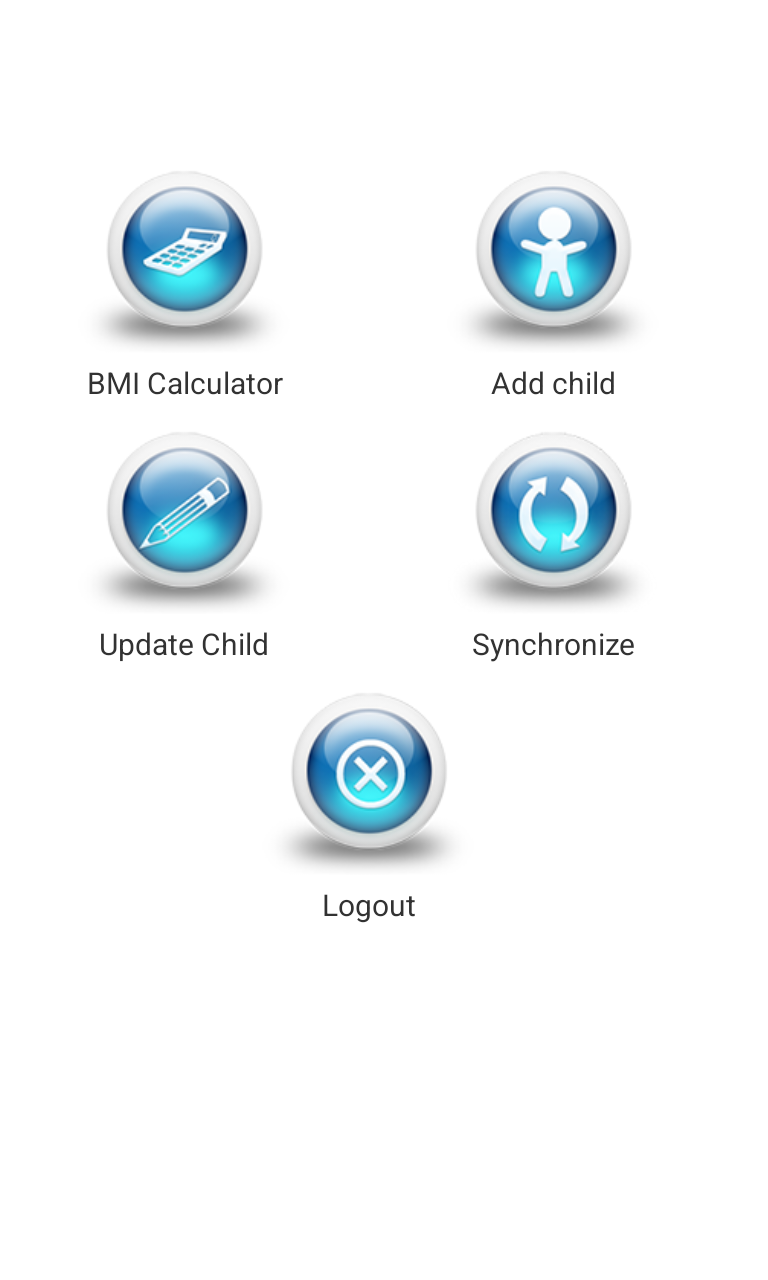
Repository: Team-7/prototype.6
Layout: workspace/Hope World Wide/res/layout/menu.xml
The author's editor kept a copy of each file at every save. The layout is drawn from the files as they stood at one save, then again after the next save.
It is drawn on a 768 x 1280 px phone screen (xhdpi) without system bars, with theme CustomActionBarTheme; the app's code is not run.

Above is the layout before, as saved 2014-05-29 11:05:42.

### workspace/Hope World Wide/res/layout/menu.xml
<?xml version="1.0" encoding="utf-8"?>
<RelativeLayout xmlns:android="http://schemas.android.com/apk/res/android"
    android:layout_width="match_parent"
    android:layout_height="match_parent"
    android:background="#ffffff" >

 <TableLayout
     		 android:layout_width="match_parent"
             android:layout_height="wrap_content"
             android:id="@+id/tableLayout" android:background="#FFFFFF"
             android:stretchColumns="*" >

    <TableRow

    android:id="@+id/MyRow"
    android:layout_width="match_parent"
    android:layout_height="wrap_content"
    android:background="@android:color/transparent">

     <TextView
         android:id="@+id/textView1"
         android:layout_width="wrap_content"
         android:layout_height="wrap_content"
         android:layout_weight="0"
         android:textColor="#000000"
         android:textSize="15sp" />

</TableRow>

    <TableRow

    android:id="@+id/MyRow1"
    android:layout_width="match_parent"
    android:layout_height="wrap_content"
    android:background="@android:color/transparent">


     <TextView
        android:id="@+id/textView2"
        android:layout_width="wrap_content"
        android:layout_height="wrap_content"
        android:layout_weight="0"
        android:textColor="#000000"
        android:textSize="15sp" />

</TableRow>

    <TableRow

    android:id="@+id/My"
    android:layout_width="match_parent"
    android:layout_height="wrap_content"
    android:background="@android:color/transparent">


     <View
        android:id="@+id/View1"
        android:layout_width="match_parent"
        android:layout_height="30dp"
        android:layout_weight="0"
        android:textColor="#000000"
        android:textSize="15sp" />

</TableRow>

    <TableRow

    android:id="@+id/Row"
    android:layout_width="match_parent"
    android:layout_height="wrap_content"
    android:layout_weight="1"
    android:background="@android:color/transparent">

    <TableLayout
        android:id="@+id/table"
        android:layout_width="match_parent"
        android:layout_height="wrap_content"
        android:paddingRight="15dp"
        android:stretchColumns="*" >

    <TableRow

    android:id="@+id/newTagTableRow"
    android:layout_width="match_parent"
    android:layout_height="wrap_content"
    android:background="@android:color/transparent">

    <ImageButton
        android:id="@+id/calculatelogo"
        android:layout_width="wrap_content"
        android:layout_height="wrap_content"
        android:layout_weight="1"
        android:background="#FFFFFF"
        android:contentDescription="@string/calclogo"
        android:minHeight="110dp"
        android:minWidth="110dp"
        android:scaleType="fitCenter"
        android:src="@drawable/calculator"
        android:textColor="@android:color/black"/>

    <ImageButton
        android:id="@+id/childLogo"
        android:layout_width="wrap_content"
        android:layout_height="wrap_content"
        android:layout_weight="1"
        android:background="#FFFFFF"
        android:contentDescription="@string/clogo"
        android:minHeight="110dp"
        android:minWidth="110dp"
        android:scaleType="fitCenter"
        android:src="@drawable/child"
        android:textColor="@android:color/black"/>

</TableRow>

    <TableRow

    android:id="@+id/thisRow"
    android:layout_width="match_parent"
    android:layout_height="wrap_content"
    android:background="@android:color/transparent">

     <TextView
         android:id="@+id/calculatetext"
         android:layout_width="100dp"
         android:layout_height="wrap_content"
         android:layout_weight="1"
         android:gravity="center"
         android:text="@string/calc"
         style="@style/Text.Strong.Blurry"
         android:textSize="15sp" />

     <TextView
         android:id="@+id/addtext"
         android:layout_width="100dp"
         android:layout_height="wrap_content"
         android:layout_weight="1"
         android:gravity="center"
         android:text="@string/addC"
         style="@style/Text.Strong.Blurry"
         android:textSize="15sp" />

</TableRow>

    <TableRow

    android:id="@+id/Row2"
    android:layout_width="match_parent"
    android:layout_height="wrap_content"
    android:background="@android:color/transparent">

        <ImageButton
            android:id="@+id/updatelogo"
            android:layout_width="100dp"
            android:layout_height="wrap_content"
            android:layout_weight="1"
            android:background="#ffffff"
            android:contentDescription="@string/updatelogo"
            android:minHeight="110dp"
            android:minWidth="110dp"
            android:scaleType="fitCenter"
            android:src="@drawable/edit"/>

  <ImageButton
      android:id="@+id/synclogo"
      android:layout_width="100dp"
      android:layout_height="wrap_content"
      android:layout_weight="1"
      android:background="#FFFFFF"
      android:contentDescription="@string/clogo"
      android:minHeight="110dp"
      android:minWidth="110dp"
      android:scaleType="fitCenter"
      android:src="@drawable/sync"
      android:textColor="@android:color/black"/>

</TableRow>

    <TableRow

    android:id="@+id/Row3"
    android:layout_width="match_parent"
    android:layout_height="wrap_content"
    android:background="@android:color/transparent">


     <TextView
        android:id="@+id/updatetext"
        android:layout_width="100dp"
         android:layout_height="wrap_content"
         android:layout_weight="1"
         android:gravity="center"
        android:text="@string/updateC"
        style="@style/Text.Strong.Blurry"
        android:textSize="15sp" />

     <TextView
        android:id="@+id/synctext"
        android:layout_width="100dp"
        android:layout_height="wrap_content"
        android:layout_weight="1"
        android:gravity="center"
        android:text="@string/sync"
        style="@style/Text.Strong.Blurry"
        android:textSize="15sp" />

</TableRow>



 <TableRow

    android:id="@+id/Row4"
    android:layout_width="match_parent"
    android:layout_height="wrap_content"
    android:background="@android:color/transparent">

        <ImageButton
            android:id="@+id/logoutlogo"
            android:layout_width="100dp"
            android:layout_height="wrap_content"
            android:layout_weight="1"
            android:background="#ffffff"
            android:contentDescription="@string/logoutlogo"
            android:minHeight="110dp"
            android:minWidth="110dp"
            android:scaleType="fitCenter"
            android:src="@drawable/logout" />

</TableRow>

    <TableRow

    android:id="@+id/Row5"
    android:layout_width="match_parent"
    android:layout_height="wrap_content"
    android:background="@android:color/transparent">

        <TextView
        android:id="@+id/logouttext"
        android:layout_width="100dp"
        android:layout_height="wrap_content"
        android:layout_weight="1"
        android:gravity="center"
        android:text="@string/logout"
        style="@style/Text.Strong.Blurry"
        android:textSize="15sp" />

</TableRow>

    		</TableLayout>
		</TableRow>

  </TableLayout>



</RelativeLayout>

### workspace/Hope World Wide/res/values/themes.xml
<?xml version="1.0" encoding="utf-8"?>
<resources xmlns:tools="http://schemas.android.com/tools">
    <!-- the theme applied to the application or activity -->
    <style name="CustomActionBarTheme"
        parent="@android:style/Theme.Holo.Light.DarkActionBar" tools:ignore="NewApi">
        <item name="android:actionBarStyle">@style/MyActionBar</item>
    </style>

    <!-- ActionBar styles -->
    <style name="MyActionBar"
        parent="@android:style/Widget.Holo.Light.ActionBar.Solid.Inverse" tools:ignore="NewApi">
        <item name="android:background">@drawable/actionbarbackground</item>
    </style>

</resources>

### workspace/Hope World Wide/res/drawable/actionbarbackground.xml
<?xml version="1.0" encoding="utf-8"?>
<shape xmlns:android="http://schemas.android.com/apk/res/android"
    android:shape="rectangle" >

    <stroke android:width="2dip" >
    </stroke>

    <solid android:color="#1B9AF7" >
    </solid>

</shape>

### workspace/Hope World Wide/res/values/strings.xml
<?xml version="1.0" encoding="utf-8"?>
<resources>

    <string name="app_name">HopeWorldWide</string>
    <string name="hello_world">Hello world!</string>
    <string name="action_settings">Settings</string>
    <string name="login"> Login</string>
    <string name="menu"> Home</string>
     <string name="myecd"> Search for ECD</string>
    <string name="username"> Username</string>
    <string name="password"> Password</string>

    <string name="name">Name: </string>
    <string name="height">Height: </string>
    <string name="heightValue">Enter Height</string> <!-- height hint -->
    <string name="weight">Weight: </string>
    <string name="weightHint">Enter Weight</string> <!-- weight hint -->
    <string name="mySearch">Search</string>
    <string name="logout">Logout</string>
    <string name="update">Update Child</string>
    <string name="bmiTitle">Child Information</string>
    <string name="save">Save</string>
    <string name="cancel">Cancel</string>


    <string name="age">Age: </string>
    <string name="calculate">Calculate</string>
    <string name="currentBMI">Current BMI: </string>
    <string name="previousBMI">Previous BMI: </string>
     <string name="AutoCompleteTextView"></string>

     <string name="cm">cm</string>
      <string name="kg">kg</string>
       <string name="hopeworldwide">     \t\t Hope \n         World Wide</string>

       <string name="Login">Login</string> <!-- text in the login button -->
       <string name="login2">Login</string><!-- name of the login page  -->
       <string name="bmi">BMI Calculator</string> <!-- name of the page that calculate bmi -->

       <string name="landing">Hope World Wide</string>

       <!-- landing page buttons -->
        <string name="lButton1">BMI Calculator</string>
        <string name="lButton2">Add Child</string>
        <string name="lButton3">Synchronize Data</string>

        <string name="search">Enter Name</string>
        <string name="ecd">Enter ECD Name</string>
        <string name="ecd1">Search for ECD</string>
         <string name="autocompete">Auto complete</string>

         <string name="sync">Synchronize</string>

         <string name="updateC">Update Child</string>
         <string name="calc">BMI Calculator</string>
         <string name="addC">Add child</string>

         <string name="clogo">child logo</string>
         <string name="synclogo">sync logo</string>
         <string name="calclogo">calc logo</string>
         <string name="addlogo">add logo</string>
         <string name="logoutlogo">logout logo</string>
         <string name="updatelogo">update logo</string>


</resources>

### workspace/Hope World Wide/res/values/styles.xml
<resources>

    <!--
        Base application theme, dependent on API level. This theme is replaced
        by AppBaseTheme from res/values-vXX/styles.xml on newer devices.
    -->


    <!-- Application theme. -->
    <style name="AppTheme" parent="Theme.AppCompat">
        <!-- All customizations that are NOT specific to a particular API-level can go here. -->
    </style>

    <style name="Text"> </style>
    <style name="Text.Strong">
           <item name="@android:textSize">20sp</item>
           <item name="@android:paddingLeft">4dp</item>
           <item name="@android:paddingBottom">4dp</item>
           <item name="@android:textColor">#000000</item>
           <item name="@android:textStyle">bold</item>
     </style>

     <style name="Text.Strong.Blurry">
           <item name="@android:shadowColor">#BBBBBB</item>
           <item name="@android:shadowDx">1</item>
           <item name="@android:shadowDy">1</item>
           <item name="@android:shadowRadius">10</item>
     </style>

</resources>

After the next save:
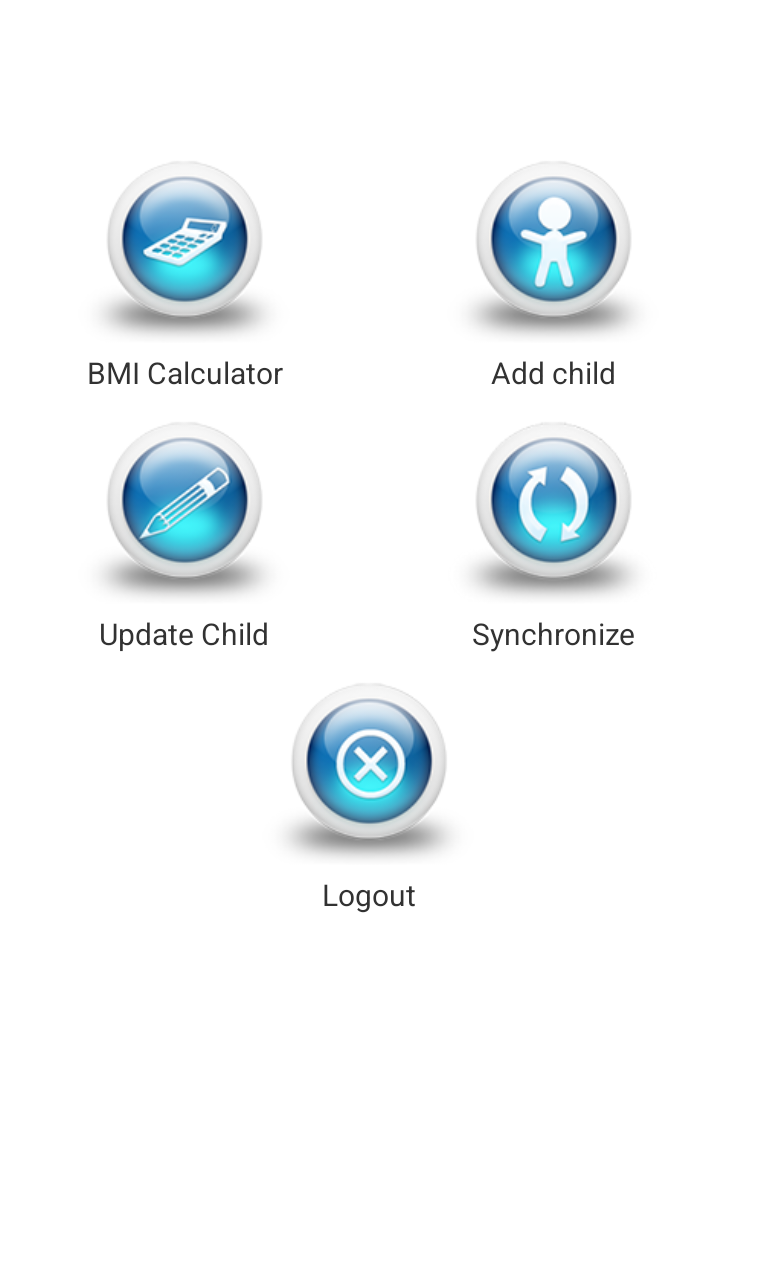
Saved 18 s later.
--- a/workspace/Hope World Wide/res/layout/menu.xml
+++ b/workspace/Hope World Wide/res/layout/menu.xml
@@ -56,7 +56,7 @@
      <View
         android:id="@+id/View1"
         android:layout_width="match_parent"
-        android:layout_height="30dp"
+        android:layout_height="25dp"
         android:layout_weight="0"
         android:textColor="#000000"
         android:textSize="15sp" />
